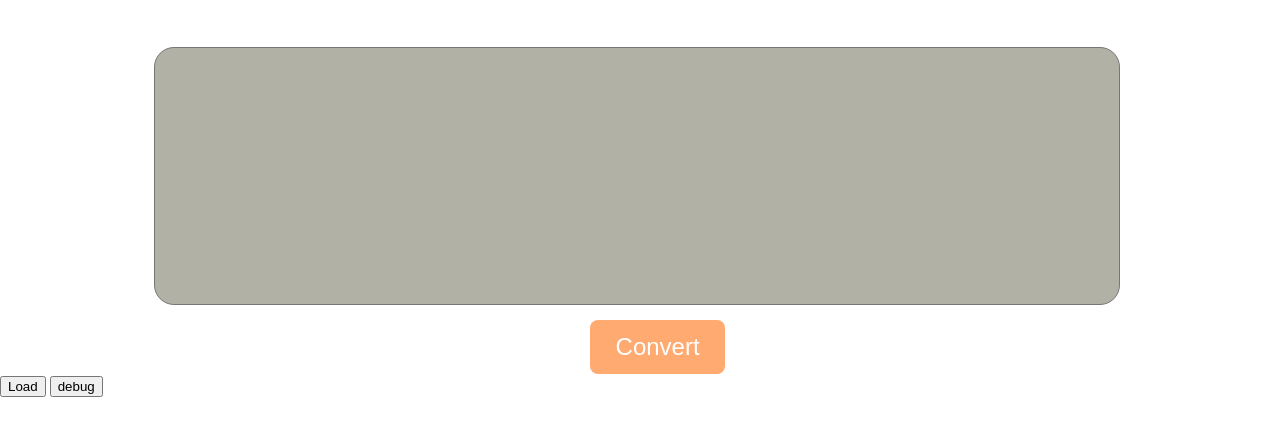
Repository: readwithpic/readwithpic.github.io
Page: platform14.html
The author's editor kept a record of every edit. The page is drawn from the files as they stood at one moment, then again after the next edit.
The browser window is 1280 px wide. The pictures show the whole page.
Some web libraries are served in a nearby version.

Above is the page before.
Console error: TypeError: Cannot read properties of undefined (reading 'length')

### platform14.html
<!DOCTYPE html>
<html>
    <head>
        <link rel="stylesheet" type="text/css" href="style.css"/>
        <script src="https://ajax.googleapis.com/ajax/libs/jquery/2.1.3/jquery.min.js"></script>
        <script type="text/javascript" src="jscript.js"></script>
    </head>
    <body>
    	<div id="textBox">
        <form>
            <textarea rows="10" cols="80" id="textInput" name="texthere"></textarea> <br>
            <button type="button" id="convert" disabled>Convert</button>
        </form>
        </div>


        <div id="loading">
        </div>
        <div id="display">
            <ul></ul>
        </div>
             <button type="button" id="loadme">Load</button>
             <button type="button" id="debug">debug</button>
         <div>
            <span id="sDebug"> </span>
             <span id="what"></span>
         </div>
        </body>
    </html>

### style.css
html, body { height: 100%; width: 100%; margin: 0; }


li {
    display: inline-block;
}

img{
    margin-right:-70px;
}
figcaption {

}

#searchbox {
    width:600px;
    height:200px;
}

p {
 display:inline;
}

.onlyText{
 margin-left:4px;
}

#fakeBox{
    border:1px solid black;
    width:120px;
    height:150px;
    background-color:brown;
    margin-right:-70px;
}

#fakeList{

}

#sDebug{

    background-color:brown;
}

#what{
    background-color:red;
}

#textBox{
  position:relative;
  width:100%;
  height:50%;

}

#textInput{
    position:absolute;
    display:block;
    resize:none;
    top:13%;
    left:12%;
    width:75%;
    height:70%;
    background-color:#b2b1a6;
    -moz-border-radius: 10px;
    -webkit-border-radius: 10px;
    border-radius: 20px;
}



#textInput:focus{
  border-color:green;
  outline:none;
}


#convert  {
    position:absolute;
    left: 50%;
    margin-left: -50px;
    top:89%;
    background-color: #FF6600;
   -webkit-border-radius: 8px;
    -moz-border-radius: 8px;
    border-radius: 8px;
   color: white;
   font-size: 1.5em;
   text-decoration: none;
   padding: 1% 2% ;
   outline:none;
    border: none;
   }

#convert:disabled{
  background:#FFAA70;
}

#convert:active {
   background-color: #993D00;
   }


@media only screen and (min-width: 0px) {

  /* Styles */
}


/* iPhone 4*/
@media only screen and (min-width: 320px) {

  /* Styles */
}


/* Samsung Galaxy S5 (portrait) ----------- */
@media only screen and (min-width: 360px) {
/* Styles */

}

/* iPhone 6 (portrait) ----------- */
@media only screen and (min-width: 375px) {
/* Styles */

}

/* iPhone 6+ (portrait) ----------- */
@media only screen and (min-width: 414px) {
/* Styles */


}

/* iPhone 4 (landscape) ----------- */
@media only screen and (min-width: 480px) {
/* Styles */

}


/* iPhone 5 (landscape) ----------- */
@media only screen and  (min-width: 568px){
/* Styles */

}

/* Samsung Galaxy S3 (landscape) ----------- */
@media only screen and (min-width: 640px){
/* Styles */

}

/* iPhone 6 (landscape) ----------- */
@media only screen and (min-width: 667px) {
/* Styles */

}

/* iPhone 6+ (landscape) ----------- */
@media only screen and  (min-width: 736px){
/* Styles */

}

/* iPads (portrait and landscape) ----------- */
@media only screen and (min-width: 768px)  {
/* Styles */

}

/* iPads (landscape) ----------- */
@media only screen and (min-width: 1024px){
/* Styles */

}

/* Desktops and laptops ----------- */
@media only screen  and (min-width: 1224px) {
/* Styles */


}

/* Large screens ----------- */
@media only screen  and (min-width:1824px) {
/* Styles */

}

### jscript.js
var link=new Array();
var link2=new Array();
var k,j,i,userInput, cleanSent, search, list,h,startNum,constantV,calNum,docHeight;
var filterWords = ["is","are","all", "another", "any", "anybody", "anyone", "anything", "botheach", "each", "other", "either", "everybody", "everyone", "everything", "few", "he", "her", "hers", "herself", "him", "himself", "his", "it", "its", "itself", "many", "me", "mine", "more", "most", "much", "myself", "neither", "no", "one", "nobody", "none", "nothing", "another", "other", "others", "ours", "ourselves", "several", "she", "some", "somebody", "someone", "something", "their", "theirs", "them", "themselves", "these", "they", "this", "those", "us", "we", "what", "whatever", "which", "whichever", "who", "whoever", "whom", "whomever", "whose", "you", "your", "yours", "yourself", "yourselves", "that", "it's", "time", "person", "year", "way", "day", "thing", "man", "world", "life", "hand", "part", "child", "eye", "woman", "place", "work", "week", "case", "point", "government", "company", "number", "group", "problem", "fact", "be", "have", "do", "say", "get", "make", "go", "know", "take", "see", "come", "think", "look", "want", "give", "use", "find", "tell", "ask", "work", "seem", "feel", "try", "leave", "call", "good", "new", "first", "last", "long", "great", "little", "own", "other", "old", "right", "big", "high", "different", "small", "large", "next", "early", "young", "important", "few", "public", "bad", "same", "able", "to", "of", "in", "for", "on", "with", "at", "by", "from", "up", "about", "into", "over", "after", "beneath", "under", "above", "the", "and", "a", "that", "", "it", "not", "he", "as", "you", "this", "but", "his", "they", "her", "she", "or", "an", "will", "my", "one", "all", "would", "there", "their", "aboard", "about", "above", "across", "after", "against", "along", "amid", "among", "around", "as", "at", "before", "behind", "below", "beneath", "beside", "besides", "between", "beyond", "but", "by", "concerning", "considering", "despite", "down", "during", "except", "excepting", "excluding", "following", "for", "from", "in", "inside", "into", "like", "minus", "near", "of", "off", "on", "onto", "opposite", "outside", "over", "past", "per", "plus", "regarding", "round", "save", "since", "than", "through", "to", "toward", "towards", "under", "underneath", "unlike", "until", "up", "upon", "versus", "via", "with", "within", "without"];
var count=0;
var dfd = $.Deferred();
var lastList;

//to disable scroll once it's executed.
var myScroll=1;

$(document).ready(function () {
    list = $('li');
    $('#lwh').text(list.width());
    $('#fake').css({
        "padding-bottom": 'list.height()',
            "padding-right": 'list.width()'
    });

    $('textarea').keyup(function () {
        if ($(this).val()) {
            $('#convert').removeAttr('disabled');
        } else {
            $('#convert').attr('disabled', 'disabled');
        }
    });

    $('#convert').click(function () {
        $('#convert').attr('disabled', 'disabled');
        //link.length = 0;
        count=0;
        h = 0;
        j = 0;
        // default number of search images to be loaded at first
        startNum=10;
        //constantV is added to calNum(to load given number consistant images after each scroll)
        calNum=startNum;
        link.length=0;
        link2.length=0;
        $('#what').empty();
        $('li').remove();
        $('.onlyText').remove();
        $('#loading').text('Please wait loading');
        userInput = $('textarea[name=texthere]').val();
        cleanSent = userInput.replace(/\s+/g, ' ');
        search = cleanSent.split(" ");
        callAjax(search[j]);
       // preTest();
    });


    $("#loadme").click(function(){
         if(j < search.length){
             h=0;
             //To reuse same Array link2
             link2.length=0;
             //load number of images after each scroll
             constantV=5;
            //reintalize the calNum to display given constant number of images accross the screen
             calNum +=constantV;
                callAjax(search[j]);

         }
    });

    $(window).resize(function(){
             $('#textBox').css('height',winHeight/2);
       // var winScroll= $(document).scroll();
       // winScroll.promise().done(function(){
              if(lastList.offset().top < $(window).height() && myScroll===1){
               myScroll=1;
               $(document).scroll();
           }

       // });
    });

     $(document).scroll(function(){
               if($(window).scrollTop() + $(window).height() > $(document).height()-$(document).height()/4 && myScroll===1) {
                    if(j < search.length){
                     h=0;
                     //To reuse same Array link2
                     link2.length=0;
                     //load number of images after each scroll
                     constantV=5;
                    //reintalize the calNum to display given constant number of images accross the screen
                     calNum +=constantV;
                     callAjax(search[j]);
                     myScroll=0;
                    }
           }
     });

    //dubugging zone
   $("#debug").click(function(){
              $('#sDebug').append('<br>' +"Linklength1 : " + link.length + '<br>');
              $('#sDebug').append("Linklength2 : " + link2.length + '<br>');
              $("#sDebug").append("dubug j value :" + j + '<br>');
              $('#sDebug').append("dubug i value:" + i + '<br>');
              $('#sDebug').append("dubug count value:" + count + '<br>');
              $('#sDebug').append("dubug k value:" + k + '<br>');
    });
});

function callAjax(index) {
    var look = new URL('https://ajax.googleapis.com/ajax/services/search/images?v=1.0&q=' + index + '&callback=?');
    $.ajax({
        url: look,
        dataType: 'json',
           success: function (data) {
            if(data.responseData.results.length===0){
                if(j < startNum){
                    link[j]="http://upload.wikimedia.org/wikipedia/commons/9/98/MA_Route_blank.svg";
                    j++;
                }else{
                    link2[h]="http://upload.wikimedia.org/wikipedia/commons/9/98/MA_Route_blank.svg";
                    j++;
                    h++;
                }
            }else{
                if(j < startNum){
                    link[j]=data.responseData.results[0].url;
                    j++;
                }else{
                    link2[h]=data.responseData.results[0].url;
                    j++;
                    h++;
                }
            }
            //checked against the calNum to make sure it doesn't load images more then startNum(default number of images to be load at first)
            if(j < search.length && j < calNum) {
                callAjax(search[j]);
            }else{
                show();
                }
        }
    });
}


//function do display first 30 words
function show() {
        var loopNum;
        i=0;
        if(count ===0){
            for(i; i < j; i++){
               // $('#what').append( 'firstIvalue: ' + i);
         //indexOf(search[j]) returns -1 if the value is not present inside array search[j];
        //check if search[j] is not the first html list element
                if(filterWords.indexOf(search[i])!== -1 && $('li').length > 0){
                     $('.withPic').last().append( '<p class=onlyText>' + search[i] + '</p>' );
                }else{
                    $('#display ul').append('<li id="showIt">'+'<figure>' + '<img src="' + link[i] + '" height=180 width=180>' +
                    '<figcaption>'  + '<p class=withPic>' + search[i] + '</p>' + '</figcaption>' + '</figure>'+'</li>');
                    }
                }
                    lastList=$('li:last').attr('id', 'showIt');
                   count=1;
                   myScroll=1;
                   if(lastList.offset().top < $(window).height()){
                       $(document).scroll();
                   }
         }else{
            k=0;
            //to run the loop if the value of constantV is less then link2.length.
            if(link2.length < constantV){
                i=j-link2.length;
                loopNum=i + link2.length;
              //$('#what').append('<br>' + 'insideLOOPNUM: ' + loopNum);

            //Once value of j arrives here it'll be orginal value + constantV because callAjax function have already run twice
            }else{
                i=j-constantV;
                loopNum=i + constantV;
            }
            for(i; i < loopNum; i++){
                 //indexOf(search[j]) returns -1 if the value is not present inside array search[j];
                //check if search[j] is not the first html list element
                if(filterWords.indexOf(search[i])!== -1 && $('li').length > 0){
                     $('.withPic').last().append( '<p class=onlyText>' + search[i] + '</p>' );
                }else{
                    $('#display ul').append('<li id="showIt">'+'<figure>' + '<img src="' + link2[k] + '" height=180 width=180>' +
                    '<figcaption>'  + '<p class=withPic>' + search[i] + '</p>' + '</figcaption>' + '</figure>'+'</li>');
                }
                k++;

               // $('#what').append('<br>' + 'insideIvalue: ' + i);
               // $('#what').append('<br>' + 'insideKvalue: ' + k);
               // $('#what').append('<br>' + 'insideJvalue: ' + j);
            }
             myScroll=1;
             if(lastList.offset().top < $(window).height()){
                       $(document).scroll();
                   }
        }
    }



/*
function preTest() {
    //append first list so that variable para can grab the list id
    $('#display ul').append('<li id="fakeList">' + '<figure>' + '<div id="fakeBox">' + '</div>' + '<figcaption>' + '<p class=withPic>' + search[j] + '</p>' + '</figcaption>' + '</figure>' + '</li>');
    para = $('li:last').attr('id', "fakeList");
    //get the top height position of last list element
    paraH = para.offset().top;
    //remove the first list to avoid duplication
    $('li:first').remove();
    for (var i = 0; i < search.length; i++) {
        if (paraH < docHeight) {
            $('#display ul').append('<li id="fakeList">' + '<figure>' + '<div id="fakeBox">' + '</div>' + '<figcaption>' + '<p class=withPic>' + search[j] + '</p>' + '</figcaption>' + '</figure>' + '</li>');
            //update the para value with latest last list element and it's top position
            para = $('li:last').attr('id', "fakeList");
            paraH = para.offset().top;
            j++;
        }else{
            para.remove();
            calIndex = j - 1;
            break;
        }
    }
    // callAjax(search[j]);
}

*/

After the next edit:
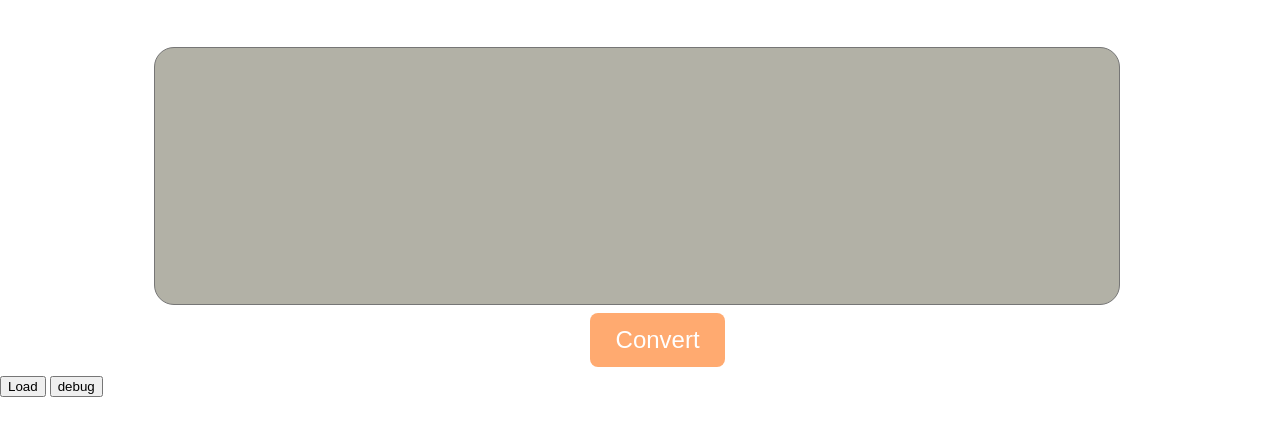
The edit:
--- a/style.css
+++ b/style.css
@@ -79,7 +79,7 @@
     position:absolute;
     left: 50%;
     margin-left: -50px;
-    top:89%;
+    top:87%;
     background-color: #FF6600;
    -webkit-border-radius: 8px;
     -moz-border-radius: 8px;
